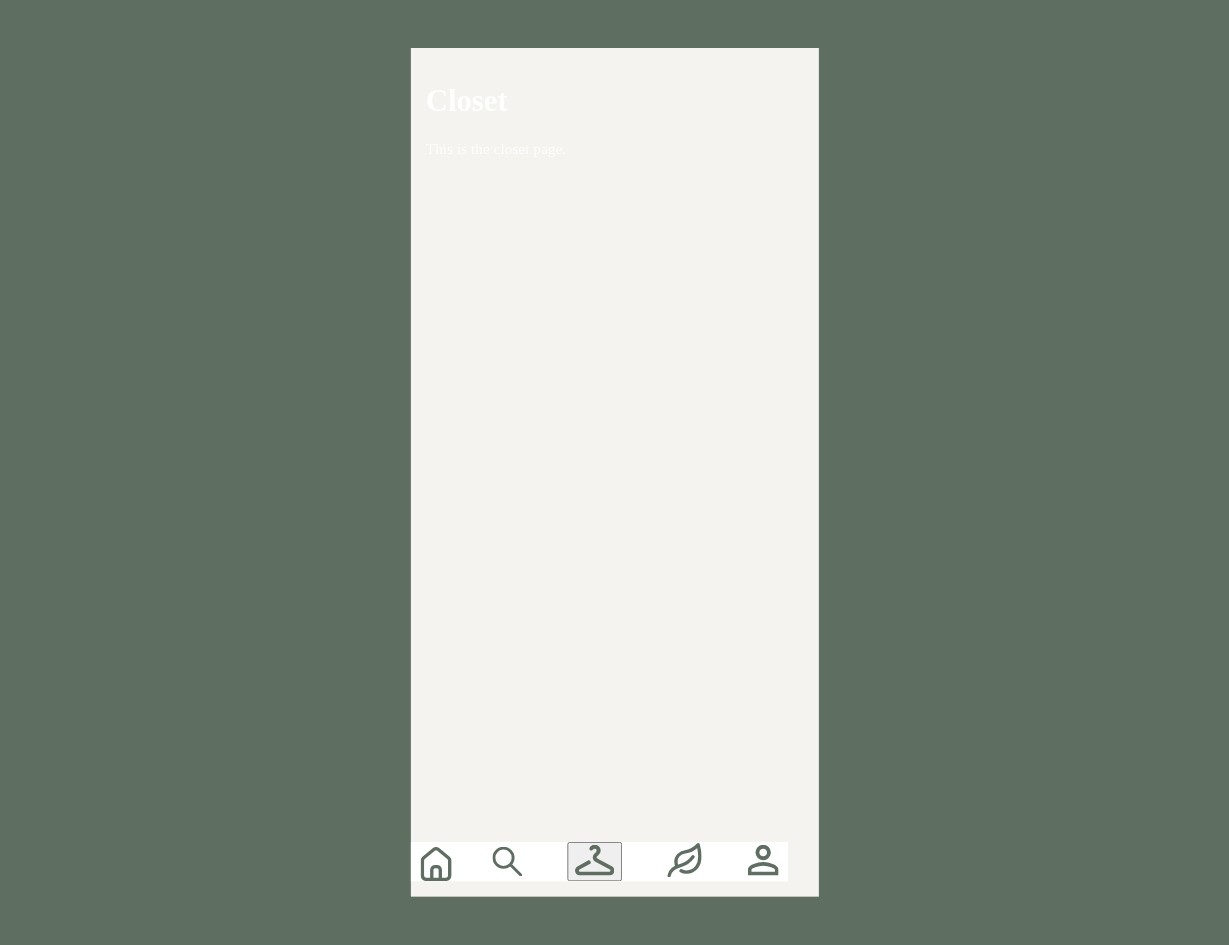
Repository: Strawb3rryjam/app-slotion
Page: /closet
An editor plug-in stored every save of this project. The page is shown before and after the next save, followed by the edit.
The browser window is 1280 px wide. The pictures show the whole page, at 96% of full size.
The project was rebuilt for these pictures with package versions that can differ from the ones it lists, and the page was loaded fresh each time. Also part of the build but not shown: vite.config.js, src/App.css, src/css/closetPageButton.module.css. Imported but missing from the stored project, and not drawn on this page: src/pages/Home.

Above is the page before, as saved 2025-05-07 13:22:11.

### src/main.jsx
import { StrictMode } from 'react'
import { createRoot } from 'react-dom/client'
import './index.css'

import { BrowserRouter } from 'react-router-dom'
import App from './App.jsx'

createRoot(document.getElementById('root')).render(
  <StrictMode>
    <BrowserRouter>
      <App />
    </BrowserRouter>
  </StrictMode>
)

### src/index.css
:root {
  color: rgba(255, 255, 255, 0.87);
}

body {
  width: 393px;
  min-height: 852px;
  padding: 16px;
  margin: 0 auto;
  margin-top: 50px;
  margin-bottom: 50px;
  background-color: #F5F3EF;
  position: relative;

}

html {
  background-color: #5E6F62;
}

### src/App.jsx
import './App.css'
import Home from './pages/Home'
import Closet from './pages/Closet'
import {Routes, Route} from 'react-router-dom'
import NavBar from './components/NavBar'


function App() {
  return (
    <div>
      <NavBar />
      <main className = "main-content">
        <Routes>
          <Route path = "/" element = {<Home />} />
          <Route path = "/closet" element = {<Closet />} />

        </Routes>
      </main>
    </div>

  )
}

export default App

### src/pages/Closet.jsx

function Closet() {
  return (
    <div>
      <h1>Closet</h1>
      <p>This is the closet page.</p>
    </div>
  );
}

export default Closet;

### src/components/NavBar.jsx
import { Link } from "react-router-dom";
import styles from "../css/NavBar.module.css";  // Use this to import styles

/*images*/
import homeIcon from "../assets/Home.svg";
import searchIcon from "../assets/search.svg";
import closetIcon from "../assets/Hanger.svg";
import tipsIcon from "../assets/leaf.svg";
import profileIcon from "../assets/Profile.svg";

/*component*/
import ClosetButton from "../components/closetPageButton";


function NavBar() {
    return (
        <nav className={styles.navbar}> {/* Use styles.navbar for CSS modules */}
            <div className={styles["navbar-links"]}> {/* Use styles for other classes */}
                <Link to="/" className={styles.Home}>
                    <img src={homeIcon} alt="Home" className={styles["nav-icon"]} />
                </Link>
                <Link to="/Search" className={styles.Search}>
                    <img src={searchIcon} alt="Search" className={styles["nav-icon"]} />
                </Link>

                <ClosetButton /> {/* Include the ClosetButton component here */}


                <Link to="/Tips" className={styles.Tips}>
                    <img src={tipsIcon} alt="Tips" className={styles["nav-icon"]} />
                </Link>
                <Link to="/Profile" className={styles.Profile}>
                    <img src={profileIcon} alt="Profile" className={styles["nav-icon"]} />
                </Link>

            </div>
        </nav>
    );
}

export default NavBar;

### src/css/NavBar.module.css
.navbar {
    background-color: white;
    padding: 33px, 20px;
    width: 393px;
    position: absolute;
    bottom: 16px;
    left: 0;
    display: flex;
    justify-content: center;  /* Align the navbar content centrally */
}

.navbar-links {
    display: flex;
    justify-content: space-between; /* Space out the icons evenly */
    align-items: center;
    width: 100%; /* Take up the full width of the navbar */
    padding: 0 10px; /* Add some padding to the sides */
  }


  /*icons*/
  .Home {
    width: 28.444px;
    height: 32px;
  }

  .Search{
    width: 31px;
    height: 31px;
  }

### src/components/closetPageButton.jsx
import { useState } from "react";
import { Link } from "react-router-dom";
import styles from "../css/closetPageButton.module.css"; // ✅ Make sure file name matches

// Import icons
import closetNotActive from "../assets/Hanger.svg";
import closetActive from "../assets/HangerActive.svg";



export default function ClosetButton() {
    const [isActive, setIsActive] = useState(false);

    const handleClick = () => {
        setIsActive(!isActive);
    };

    return (
        <div className={styles.closetWrapper}>
            {isActive && (
                <div className={styles.dropdown}>
                    <Link to="/CreatePost" className={styles.dropdownOption}>Create Post</Link>
                    <Link to="/Closet" className={styles.dropdownOption}>View Closet</Link>
                </div>
            )}
            <button onClick={handleClick} className={styles.Closet}>
                <img
                    src={isActive ? closetActive : closetNotActive}
                    alt="Closet"
                    className={styles["nav-icon"]}
                />
            </button>
        </div>
    );
}

Loaded but not shown: index.html (common file)

After the next save:
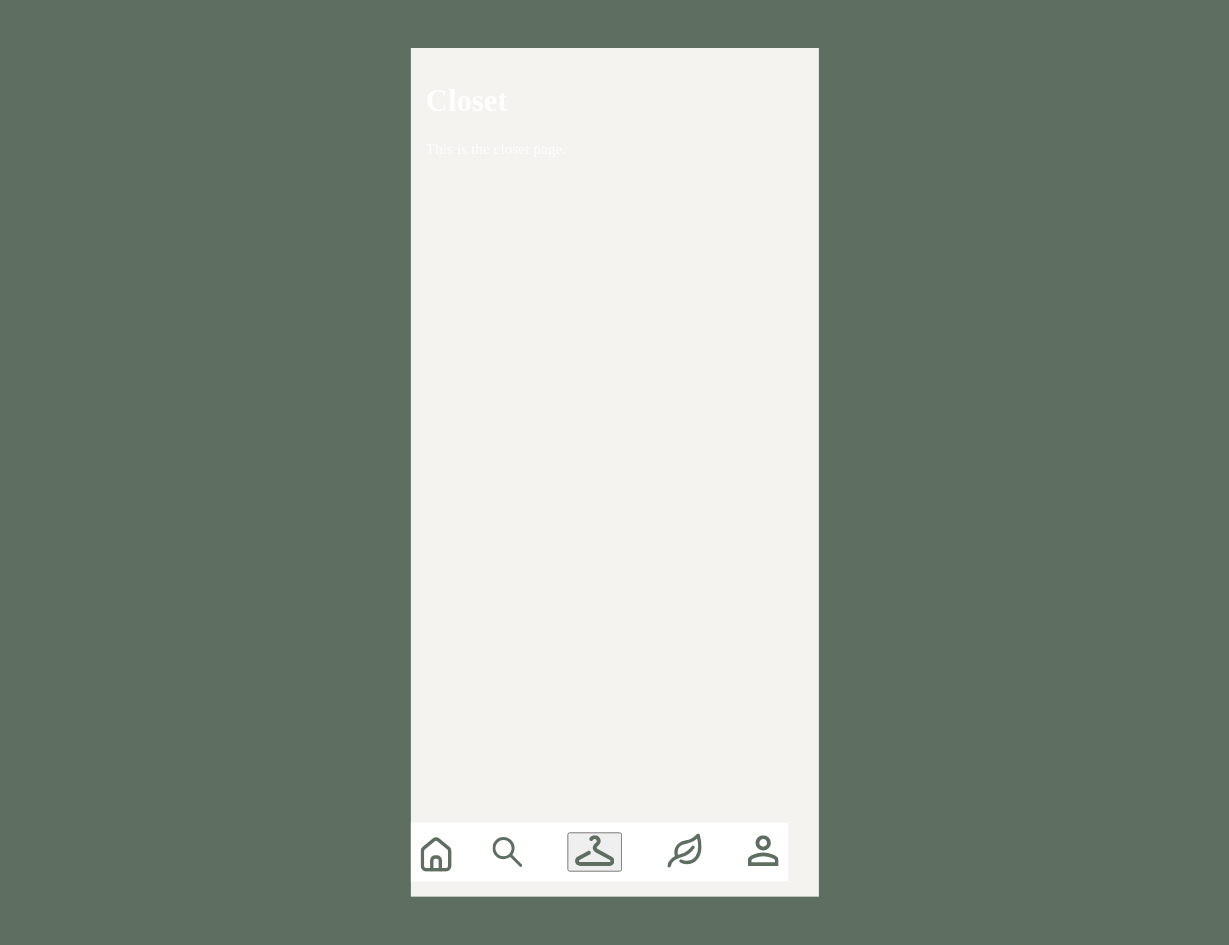
Saved 23 s later.
--- a/src/css/NavBar.module.css
+++ b/src/css/NavBar.module.css
@@ -1,6 +1,6 @@
 .navbar {
     background-color: white;
-    padding: 33px, 20px;
+    padding: 10px 0;
     width: 393px;
     position: absolute;
     bottom: 16px;
